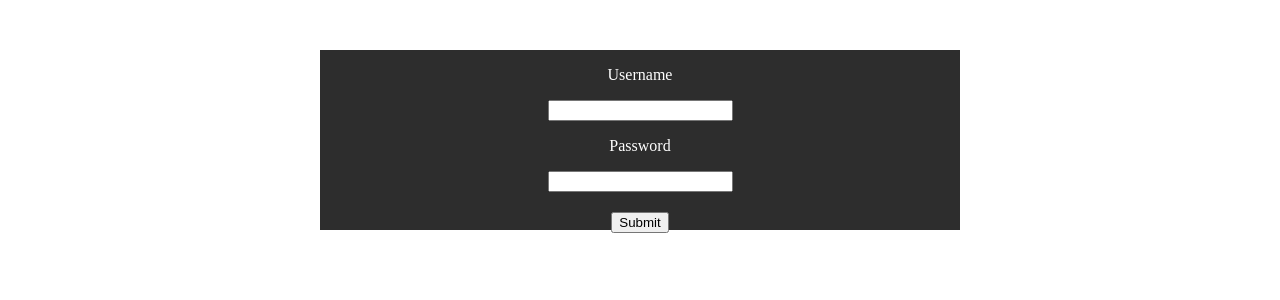
Repository: rdf004/playfab_blackjack
Page: /
The author's editor kept a copy of each file at every save. The page is drawn from the files as they stood at one save, then again after the next save.
The browser window is 1280 px wide. The pictures show the whole page.
The project was rebuilt for these pictures with package versions that can differ from the ones it lists, and the page was loaded fresh each time. Also part of the build but not shown: src/Components/App.js.

Above is the page before, as saved 2020-05-07 20:18:18.

### src/index.js
import React from 'react';
import ReactDOM from 'react-dom';
import './Style/style.css';
import App from './Components/App';
import Login from './Components/Login';
import * as serviceWorker from './serviceWorker';

ReactDOM.render(
  <React.StrictMode>
    <Login />
  </React.StrictMode>,
  document.getElementById('root')
);

// If you want your app to work offline and load faster, you can change
// unregister() to register() below. Note this comes with some pitfalls.
// Learn more about service workers: https://bit.ly/CRA-PWA
serviceWorker.unregister();

### src/Style/style.css
.login-page {

}

.login-div {
    background-color: #2D2D2D;
    width: 50vw;
    height: 25vh;
    display: grid;
    text-align: center;
    grid-template-columns: 100%;
    margin: auto;
    margin-top: 50px;
}

.login-item {
    margin: 20px auto;
    color: white;
}

.login-button {
    margin: 20px auto;
}


html, body {
    margin:0;
    padding:0;
    width:100%;
    height:100%;
    overflow: auto;
}

### src/Components/Login.js
import React from 'react';

class Login extends React.Component {

    render() {
        return(
            <div className="login-page">
                <div className="login-div">
                    <form>
                        <div>
                            <label className="login-item">
                                <p className="login-field">Username</p>
                                <input className="login-input" type="text" name="username" />
                            </label>
                        </div>
                        <div>
                            <label className="login-item">
                                <p className="login-field">Password</p>
                                <input className="login-input" type="text" name="password" />
                            </label>
                        </div>
                        <input className="login-button" type="submit" value="Submit" />
                    </form>
                </div>
            </div>
        );
    }

}

export default Login;

Loaded but not shown: public/index.html (common file); src/serviceWorker.js (common file)

After the next save:
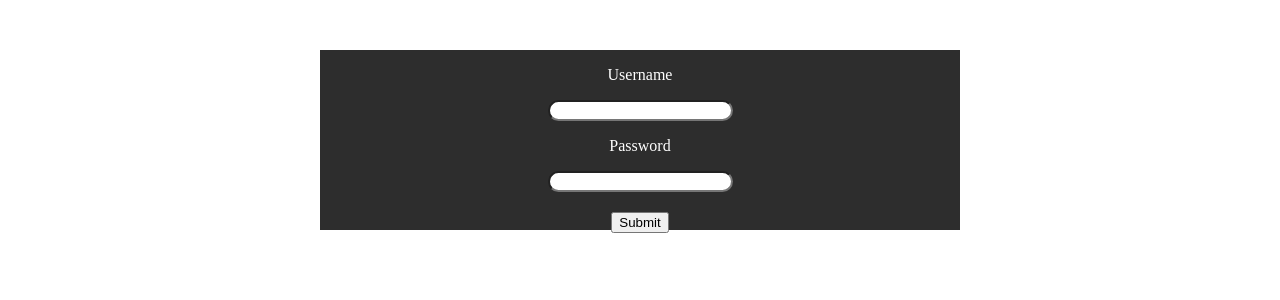
Saved 18 s later.
--- a/src/Style/style.css
+++ b/src/Style/style.css
@@ -22,6 +22,10 @@
     margin: 20px auto;
 }
 
+.login-input {
+    border-radius: 15px;
+}
+
 
 html, body {
     margin:0;
